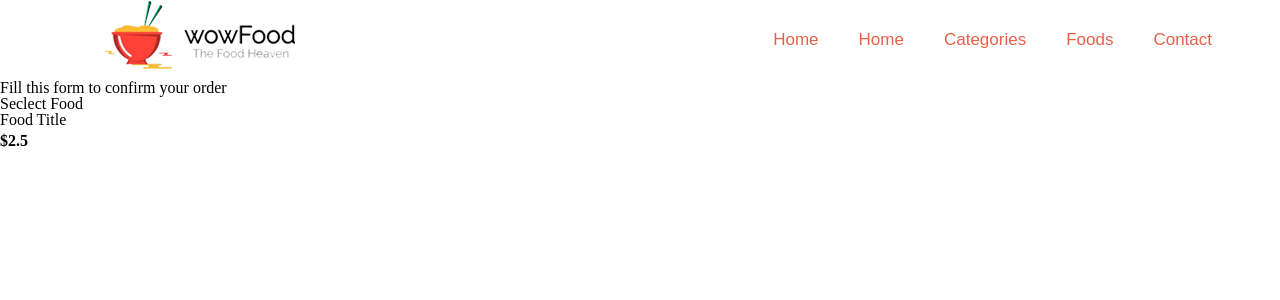
Repository: ruaruababa/WowFood
Page: order.html
These files come from the project's save history. The page is drawn as it stood at one moment and after the next save; the edit follows.
The browser window is 1280 px wide. The pictures show the whole page.

Above is the page before, as saved 2021-09-19 21:39:53.

### order.html
<!DOCTYPE html>
<html lang="en">
<head>
    <meta charset="UTF-8">
    <meta http-equiv="X-UA-Compatible" content="IE=edge">
    <meta name="viewport" content="width=device-width, initial-scale=1.0">
    <title>Order Food</title>
    <link rel="stylesheet" href="./style.css">
    <link rel="stylesheet" href="./reset.css">
</head>
<body>
    <nav>
      <input type="checkbox" id="check" />
      <label for="check" class="checkbtn">
        <i class="fas fa-bars"></i>
      </label>
      <label class="logo">
        <img src="./img/logo.png" alt="" class="img-logo" />
      </label>
      <ul class="navbar">
        <li><a class="active" href="#">Home</a></li>
        <li><a href="#">Home</a></li>
        <li><a href="#">Categories</a></li>
        <li><a href="#">Foods</a></li>
        <li><a href="#">Contact</a></li>
      </ul>
    </nav>
    <section id=section-order>
        <div class="container-order">
            <form action="">
                <h3 class="title-order">Fill this form to confirm your order</h3>
                <label for="" class="seclect">Seclect Food</label>
                <div class="container-seclect-food">
                    <h6 class="food-title">Food Title</h6>
                    <span class="price-item">$2.5</span>
                </div>
            </form>
        </div>
    </section>
</body>
</html>

### style.css

li {
  text-decoration: none;
}

a {
  text-decoration: none;
}

nav {
  height: 80px;
  width: 100%;
}

label.logo {
  padding: 0 100px;
}

nav ul {
  float: right;
  margin-right: 50px;
}

nav ul li {
  display: inline-block;
  line-height: 80px;
  margin: 0 5px;
  font-family: "Poppins", sans-serif;
}

nav ul li a {
  color: #e7614a;
  font-size: 17px;
  padding: 7px 13px;
  border-radius: 3px;
}

.checkbtn {
  font-size: 30px;
  color: white;
  float: right;
  line-height: 80px;
  margin-right: 40px;
  cursor: pointer;
  display: none;
}

#check {
  display: none;
}

ul:hover li {
  filter: blur(3px);
  opacity: 0.5;
  transform: scale(0.98);
  box-shadow: none;
}

ul:hover li:hover {
  transform: scale(1.1);
  filter: blur(0px);
  opacity: 1;
  box-shadow: 0 8px 20px 0px rgba(0, 0, 0, 0.125);
}

.container-section-search {
  position: relative;
  text-align: center;
  margin-top: 15px;
}

.background-search {
  height: 250px;
}

.background-search img {
  height: inherit;
  width: 100%;
  object-fit: cover;
}

.form {
  width: 100%;
  position: absolute;
  top: 50%;
  left: 50%;
  transform: translate(-50%, -50%);
  height: 22px;
}

.input-search {
  width: 35%;
  height: inherit;
}

.btn-search {
  background-color: rgba(250, 59, 59, 0.849);
  border: none;
  border-radius: 5px;
  font-size: 14px;
  color: white;
  cursor: pointer;
  padding: 3px;
}

#section-collection {
  position: relative;
}

.container-section-collection {
  height: max-content;
}

.explore-food {
  padding-top: 70px;
  text-align: center;
  font-size: 24px;
  font-family: "Poppins", sans-serif;
}

.collection-food {
  width: 100%;
}

.list-food {
  margin-top: 50px;
  display: flex;
  justify-content: center;
  column-gap: 50px;
}

.list-food li {
  width: 330px;
  height: 400px;
  transition: 0.2s all;
}

.list-food li:hover {
  transform: scale(0.95);
}

.list-food li img {
  width: 100%;
  height: 100%;
  object-fit: cover;
  border-radius: 10px;
}

.list-food li span {
  font-family: "Poppins", sans-serif;
  display: block;
  font-size: 20px;
  text-align: center;
  color: #ffffff;
  margin-top: -50px;
}

article {
  background-color: #ececec;
}

.title-food-menu {
  padding-top: 70px;
  font-size: 24px;
  text-align: center;
  font-family: "Poppins", sans-serif;
}

.container-menu {
  padding-top: 50px;
  display: grid;
  grid-gap: 20px;
  grid-template-columns: repeat(auto-fit, minmax(550px, 1fr));
  grid-auto-rows: 180px;
  justify-items: center;
  font-family: "Poppins", sans-serif;
}

.container-item:nth-child(odd) {
  justify-self: end;
}

.container-item:nth-child(even) {
  justify-self: start;
}

.container-item {
  background-color: #ffffff;
  display: flex;
  align-items: center;
  border-radius: 15px;
}

.container-item img {
  width: 25%;
  height: 70%;
  object-fit: cover;
  border-radius: 15px;
  margin: 0 28px;
}

.container-item .item-content {
  width: 100%;
  height: 70%;
  object-fit: cover;
  border-radius: 15px;
  margin: 0 28px;
}

.item-content {
  display: inline-block;
}

.title-item {
  font-size: 16px;
  font-weight: bold;
  line-height: 25px;
}

.price-item {
  line-height: 25px;
  font-weight: bold;
}

.des-item {
  font-size: 14px;
  line-height: 20px;
  color: #747d9c;
}

.oder-item {
  text-decoration: none;
  background-color: #f56b81;
  color: white;
  border-radius: 5px;
  padding: 3px;
  display: inline-block;
}

.footer-food-menu {
  margin-top: 30px;
}

.see-all-foods {
  display: block;
  text-align: center;
  text-decoration: none;
  color: #f56b81;
  padding-bottom: 50px;
  font-family: "Poppins", sans-serif;
  transition: 0.2s all;
}

.see-all-foods:hover {
  text-decoration: underline;
  transform: scale(1.1);
}

.social-network-icon {
  display: flex;
  justify-content: center;
  margin-top: 30px;
}

.icon-insta {
  margin: 0 30px;
}

.license {
  margin-top: 40px;
  margin-bottom: 30px;
  font-family: "Poppins", sans-serif;
}

.license p {
  text-align: center;
}

.license p a {
  text-decoration: none;
  color: #e7614a;
}

@media (max-width: 952px) {
  label.logo {
    padding-left: 50px;
  }

  nav ul li a {
    font-size: 16px;
  }

  .container-item:nth-child(odd) {
    justify-self: center;
  }

  .container-item:nth-child(even) {
    justify-self: center;
  }
}

@media (max-width: 858px) {
  i {
    color: black;
  }

  .checkbtn {
    display: block;
  }

  .navbar {
    position: fixed;
    width: 100%;
    height: 250px;
    left: -100%;
    text-align: center;
    transition: all 0.5s;
    z-index: 2;
    background-color: #ffffff;
  }

  nav ul li {
    display: block;
    margin: 10px 0;
    line-height: 30px;
  }

  nav ul li a {
    font-size: 20px;
  }

  #check:checked ~ ul {
    left: 0;
  }

  .container-section-collection {
    height: max-content;
  }
}

section {
  position: relative;
}
@media (max-width: 858px) {
   .container-menu {
    padding-top: 50px;
    display: grid;
    grid-gap: 20px;
    grid-template-columns: repeat(auto-fit, minmax(550px, 1fr));
    grid-auto-rows: 180px;
    justify-items: center;
    font-family: "Poppins", sans-serif;
  }
}

@media (max-width: 414px) {
  label img {
    margin-left: -50px;
  }
  i.fa-bars {
    margin-right: -20px;
  }
  .navbar {
    position: fixed;
    width: 414px;
    height: 250px;
    left: -100%;
    text-align: center;
    transition: all 0.5s;
    z-index: 2;
    background-color: #ffffff;
  }

  nav ul li {
    display: block;
    margin: 10px 0;
    line-height: 30px;
  }

  nav ul li a {
    font-size: 20px;
  }

  #check:checked ~ ul {
    left: 0;
  }
  .list-food {
    display: flex;
    flex-direction: column;
    gap: 15px;
  }

  .item {
    align-self: center;
  }

  .container-menu {
    padding-top: 50px;
    display: grid;
    grid-gap: 20px;
    grid-template-columns: repeat(auto-fit, minmax(375px, 1fr));
    grid-auto-rows: 180px;
    justify-items: center;
    font-family: "Poppins", sans-serif;
  }
}

@media (max-width: 375px) {
  label img {
    margin-left: -50px;
  }
  i.fa-bars {
    margin-right: -20px;
  }
  .navbar {
    position: fixed;
    width: 375px;
    height: 250px;
    left: -100%;
    text-align: center;
    transition: all 0.5s;
    z-index: 2;
    background-color: #ffffff;
  }

  nav ul li {
    display: block;
    margin: 10px 0;
    line-height: 30px;
  }

  nav ul li a {
    font-size: 20px;
  }

  #check:checked ~ ul {
    left: 0;
  }

  .list-food {
    display: flex;
    flex-direction: column;
    gap: 15px;
  }

  .item {
    align-self: center;
  }

  .container-menu {
    padding-top: 50px;
    display: grid;
    grid-gap: 20px;
    grid-template-columns: repeat(auto-fit, minmax(375px, 1fr));
    grid-auto-rows: 180px;
    justify-items: center;
    font-family: "Poppins", sans-serif;
  }
  @media (max-width: 320px) {
  label img {
    margin-top: -70px;
    margin-left: -50px;
    padding-bottom: 10px;
  }
  i.fa-bars {
    margin-right: -20px;
    padding-top: 20px;
  }
  .navbar {
    position: fixed;
    width: 320px;
    height: 250px;
    left: -100%;
    text-align: center;
    transition: all 0.5s;
    z-index: 2;
    background-color: #ffffff;
    margin-top: -5px;
  }

  nav ul li {
    display: block;
    margin: 10px 0;
    line-height: 30px;
  }

  nav ul li a {
    font-size: 20px;
  }

  #check:checked ~ ul {
    left: 0;
  }

  .list-food {
    display: flex;
    flex-direction: column;
    gap: 15px;
  }

  .item {
    align-self: center;
  }

  .container-menu {
    padding-top: 50px;
    display: grid;
    grid-gap: 20px;
    grid-template-columns: repeat(auto-fit, minmax(319px, 1fr));
    grid-auto-rows: 180px;
    justify-items: center;
    font-family: "Poppins", sans-serif;
  }
}

/* article{
  position: relative;
  top: 200px;
} */

Loaded but not shown: reset.css (common file)

After the next save:
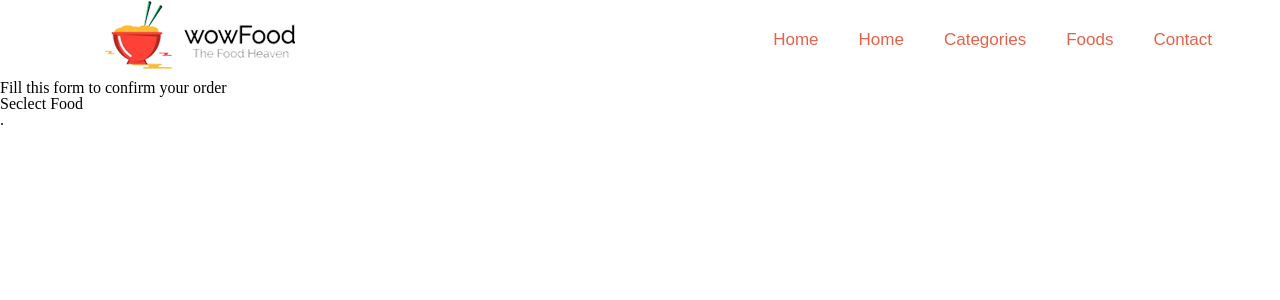
Saved 36 s later.
--- a/order.html
+++ b/order.html
@@ -31,8 +31,7 @@
                 <h3 class="title-order">Fill this form to confirm your order</h3>
                 <label for="" class="seclect">Seclect Food</label>
                 <div class="container-seclect-food">
-                    <h6 class="food-title">Food Title</h6>
-                    <span class="price-item">$2.5</span>
+                    .
                 </div>
             </form>
         </div>
